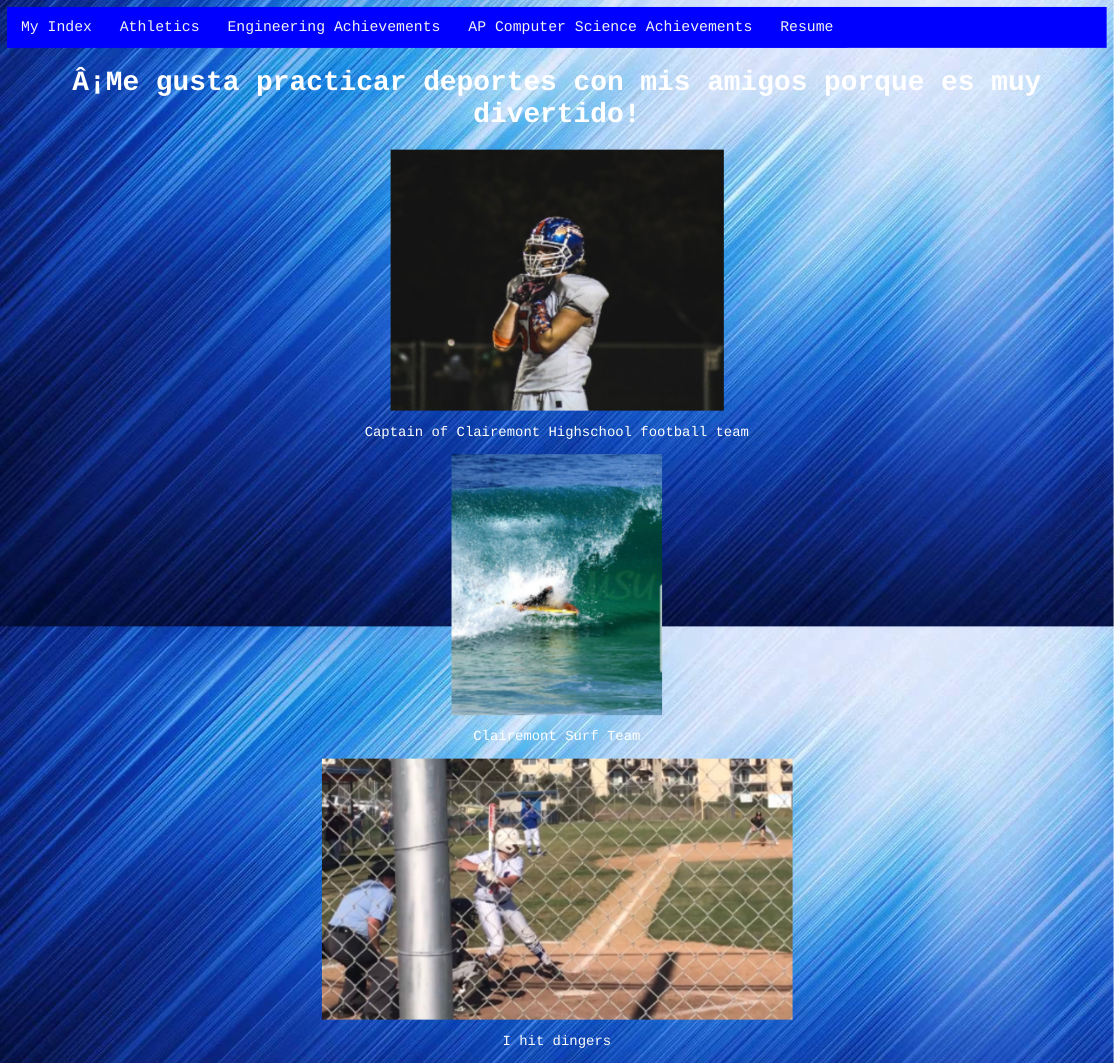
Repository: jacobsirois/jacobsirois.github.io
Page: athletics.html
The author's editor kept a record of every edit. The page is drawn from the files as they stood at one moment, then again after the next edit.
The browser window is 1280 px wide. The pictures show the whole page, at 87% of full size.
Backgrounds fixed to the window are drawn as part of the page.

Above is the page before.
Not found: index.css

### athletics.html
<html>
<head>
</head>
<body>

<title>
"About Me"
<meta charset="utf-8">
</title>
<link href="index.css" rel="stylesheet" type="text/css">
<meta name="viewport" content="width=device-width, initial-scale=1">
<link rel="stylesheet" href="https://cdnjs.cloudflare.com/ajax/libs/font-awesome/4.7.0/css/font-awesome.min.css">

<style>
body {
  font-family: courier;
}

.topnav {
  overflow: hidden;
  background-color: blue;
}

.topnav a {
  float: left;
  display: block;
  background-color: blue;
  color: #f2f2f2;
  text-align: center;
  padding: 14px 16px;
  text-decoration: none;
  font-size: 17px;
}

.topnav a:hover {
  background-color: #ddd;
  color: black;
}

.active {
  background-color: #ff66a3;
  color: white;
}

.topnav .icon {
  display: none;
}

@media screen and (max-width: 600px) {
  .topnav a:not(:first-child) {display: none;}
  .topnav a.icon {
    float: right;
    display: block;
  }
}

@media screen and (max-width: 600px) {
  .topnav.responsive {position: relative;}
  .topnav.responsive .icon {
    position: absolute;
    right: 0;
    top: 0;
  }
  .topnav.responsive a {
    float: none;
    display: block;
    text-align: left;
  }
}
</style>

<div class="topnav" id="myTopnav">
  <a href="index.html" class="active">My Index</a>
  <a href="athletics.html">Athletics</a>
  <a href="engineering.html">Engineering Achievements</a>
  <a href="compsci.html">AP Computer Science Achievements</a>
  <a href="resume.html">Resume</a>
  <a href="javascript:void(0);" class="icon" onclick="myFunction()">
    <i class="fa fa-bars"></i>
  </a>
</div>

<script>
function myFunction() {
    var x = document.getElementById("myTopnav");
    if (x.className === "topnav") {
        x.className += " responsive";
    } else {
        x.className = "topnav";
    }
}
</script>

<style>
body {
  background-image: url('anotha background.jpg');
  background-repeat: no-repeat;
  background-attachment: fixed;
  background-size: 100% 100%;
}
</style>
<center>
<h1 style="color:White;">¡Me gusta practicar deportes con mis amigos porque es muy divertido!</h1>

<img src="images/football.jpg" alt="my avatar">
<p style="color:White;">Captain of Clairemont Highschool football team</p>
<img src="images/gnar.jpg" alt="my avatar">
<p style="color:White;">Clairemont Surf Team</p>
<img src="images/baseball.jpg" alt="my avatar">
<p style="color:White;">I hit dingers</p>
<center/>
</body>
</html>

After the next edit:
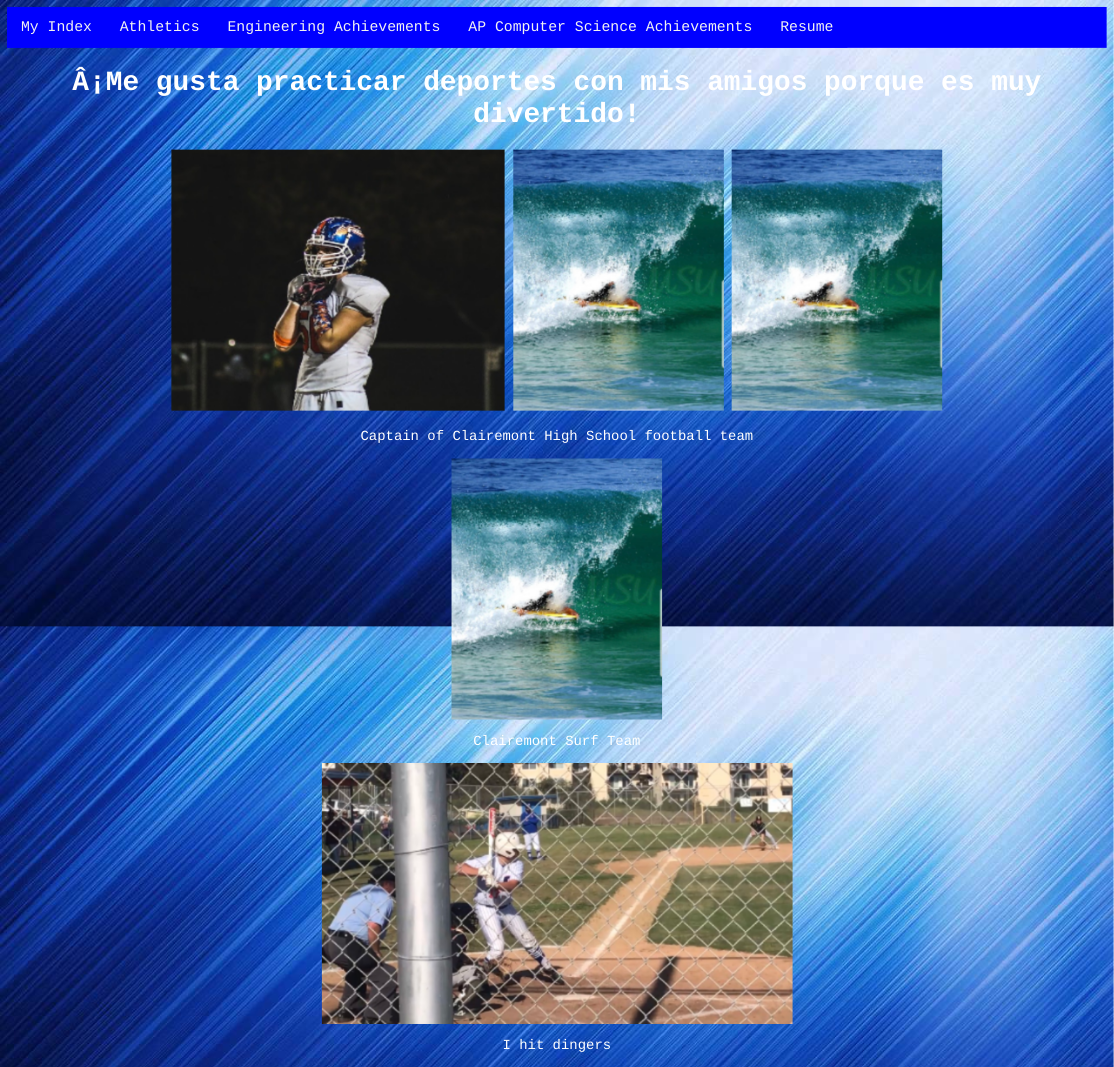
The edit:
--- a/athletics.html
+++ b/athletics.html
@@ -103,7 +103,9 @@
 <h1 style="color:White;">¡Me gusta practicar deportes con mis amigos porque es muy divertido!</h1>
 
 <img src="images/football.jpg" alt="my avatar">
-<p style="color:White;">Captain of Clairemont Highschool football team</p>
+<img src="images/gnar.jpg" alt="my avatar">
+<img src="images/gnar.jpg" alt="my avatar">
+<p style="color:White;">Captain of Clairemont High School football team</p>
 <img src="images/gnar.jpg" alt="my avatar">
 <p style="color:White;">Clairemont Surf Team</p>
 <img src="images/baseball.jpg" alt="my avatar">
